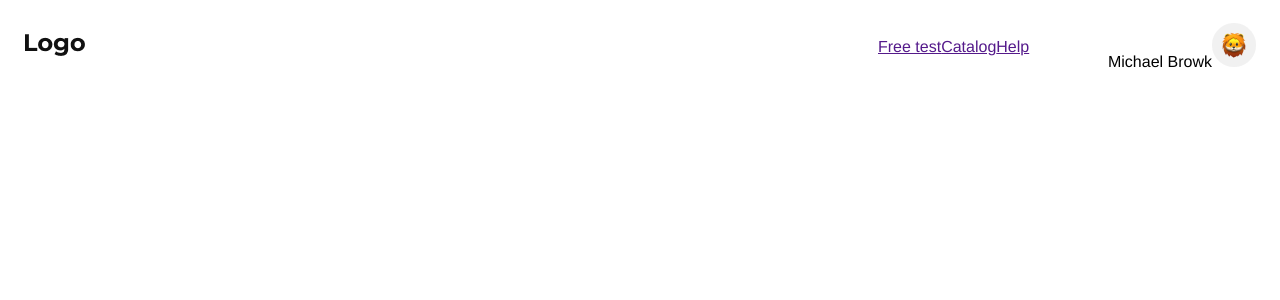
Repository: skydevil1604/vue-test-app
Page: /#/main-page
An editor plug-in stored every save of this project. The page is shown before and after the next save, followed by the edit.
The browser window is 1280 px wide. The pictures show the whole page.
The project was rebuilt for these pictures with package versions that can differ from the ones it lists, and the page was loaded fresh each time. Also part of the build but not shown: src/components/Tabs.vue, src/components/Tab.vue, src/components/Login.vue, src/components/Registration.vue, src/components/AuthenticationForm.vue.

Above is the page before, as saved 2020-04-06 19:01:59.

### public/index.html
<!DOCTYPE html>
<html lang="en">
  <head>
    <meta charset="utf-8">
    <meta http-equiv="X-UA-Compatible" content="IE=edge">
    <meta name="viewport" content="width=device-width,initial-scale=1.0">
    <link rel="icon" href="<%= BASE_URL %>favicon.ico">
    <link rel="stylesheet" href="../src/assets/normalize.css">
    <title><%= htmlWebpackPlugin.options.title %></title>
  </head>
  <body style="margin:0 auto;">
    <noscript>
      <strong>We're sorry but <%= htmlWebpackPlugin.options.title %> doesn't work properly without JavaScript enabled. Please enable it to continue.</strong>
    </noscript>
    <div id="app"></div>
    <!-- built files will be auto injected -->
  </body>
</html>

### src/main.js
import Vue from 'vue'
import App from './App.vue'
import VueRouter from 'vue-router'
import router from './router';

Vue.config.productionTip = false;
Vue.use(VueRouter)

new Vue({
  render: h => h(App),
  router
}).$mount('#app');

### src/App.vue
<template>
  <div id="app">
    <router-view>
      <AuthenticationForm />
    </router-view>
  </div>
</template>

<script>
import AuthenticationForm from './components/AuthenticationForm';

export default {
  name: 'App',
  components: {
    AuthenticationForm
  }
}
</script>

<style>
#app {
  font-family: Avenir, Helvetica, Arial, sans-serif;
  -webkit-font-smoothing: antialiased;
  -moz-osx-font-smoothing: grayscale;
  text-align: center;
  display: flex;
  height: 100vh;
}
</style>

### src/router/index.js
import Vue                        from 'vue';
import VueRouter                     from 'vue-router';
import MainPageComponent          from '@/components/MainPage';
import AuthenticationForm         from '@/components/AuthenticationForm';

Vue.use(VueRouter);

const router = new VueRouter({
    routes: [

      {
        path: '/main-page',
        name: 'mainPage',
        component: MainPageComponent,
      },
      {
        path: '/',
        name: 'authenticationForm',
        component: AuthenticationForm,
      },
    ]
  });

export default router;

### src/components/MainPage.vue
<template>
    <section class="main-page">
        <header class="header">
            <a class="logo" href="#">
                <img src="../assets/logo.png" alt="logo">
            </a>
            <nav class="navigation">
                <ul class="navigation__list">
                    <li class="navigation__item">
                        <a href="">Free test</a>
                    </li>
                    <li class="navigation__item">
                        <a href="">Catalog</a>
                    </li>
                    <li class="navigation__item">
                        <a href="">Help</a>
                    </li>
                </ul>
                <div class="navigation__profile">
                    <span>Michael Browk</span>
                    <img src="../assets/Lion.png" alt="">
                </div>
            </nav>
        </header>
    </section>
</template>

<script>

export default {
    name: 'MainPageComponent',
}
</script>

<style lang="scss">
    .main-page {
        max-width: 1366px;
        width: 100%;
    }

    .header {
        padding-top: 22px;
        padding-bottom: 22px;
        padding-left: 24px;
        padding-right: 24px;
        display: flex;
        justify-content: space-between;
        align-items: center;
    }

    .navigation {
        display: flex;
        align-items: center;
        width: 418px;
        justify-content: space-between;

            &__list {
                list-style: none;
                display: flex;
            }
    }
</style>

Loaded but not shown: src/assets/normalize.css (library)

After the next save:
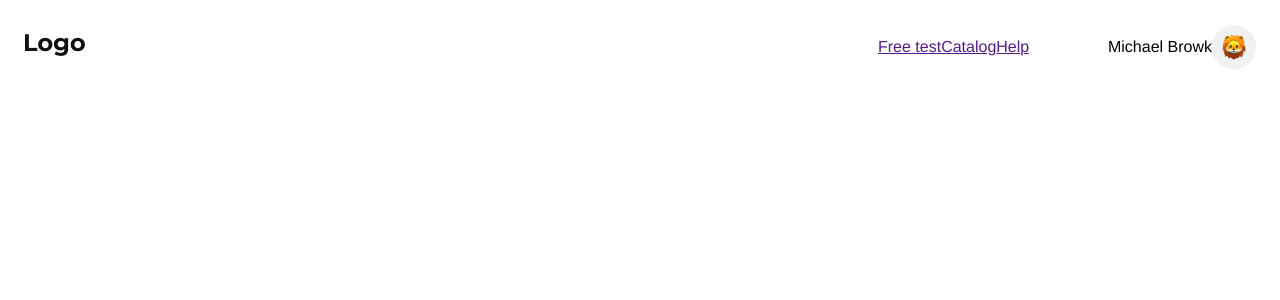
Saved 85 s later.
--- a/src/components/MainPage.vue
+++ b/src/components/MainPage.vue
@@ -58,5 +58,11 @@ export default {
                 list-style: none;
                 display: flex;
             }
+
+            &__profile {
+                display: flex;
+                align-items: center;
+                justify-content: space-between;
+            }
     }
 </style>
